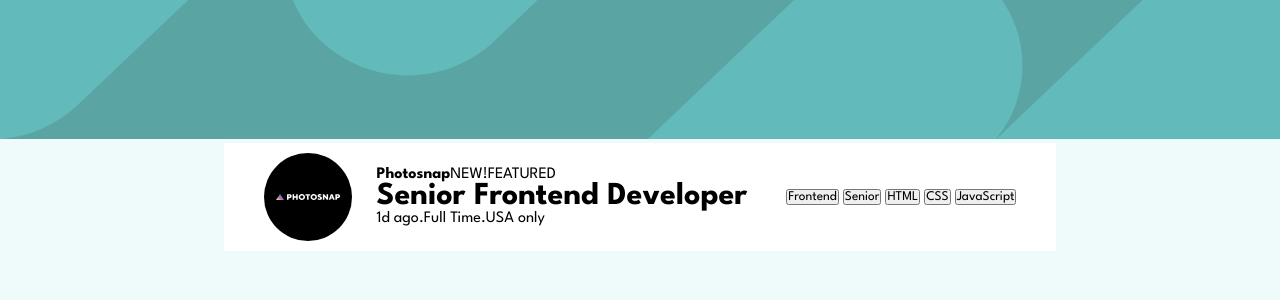
Repository: Eldream12/JobListing
Page: index.html
The author's editor kept a copy of each file at every save. The page is drawn from the files as they stood at one save, then again after the next save.
The browser window is 1280 px wide. The pictures show the whole page.

Above is the page before, as saved 2025-03-31 11:16:28.

### index.html
<!DOCTYPE html>
<html lang="en">
	<head>
		<meta charset="UTF-8" />
		<meta name="viewport" content="width=device-width, initial-scale=1.0" />
		<title>Job Listing</title>
		<link rel="stylesheet" href="style/style.css" />
	</head>

	<body>
		<header>
			<div>
				<img src="Images/bg-header-desktop.svg" alt="NavHeader" />
			</div>
		</header>

		<main>
			<div class="content-carrier">
				<div class="content">
					<div class="ctn">
						<img src="Images/photosnap.svg" alt="photosnap" />
						<div class="content-text">
							<div class="txt-1">
								<h4>Photosnap</h4>
								<p>NEW!</p>
								<p>FEATURED</p>
							</div>
							<div class="txt-2">
								<h1>Senior Frontend Developer</h1>
							</div>
							<div class="txt-3">
								<p>1d ago</p>
								<p>.</p>
								<p>Full Time</p>
								<p>.</p>
								<p>USA only</p>
							</div>
						</div>
					</div>

					<div class="btn">
						<button>Frontend</button>
						<button>Senior</button>
						<button>HTML</button>
						<button>CSS</button>
						<button>JavaScript</button>
					</div>
				</div>
			</div>
		</main>
		<footer></footer>
	</body>
</html>

### style/style.css
@import url("https://fonts.googleapis.com/css2?family=League+Spartan:wght@100..900&display=swap");

* {
	font-family: League Spartan;
	margin: 0;
	padding: 0;
	box-sizing: border-box;
}

html body {
	background-color: hsl(180, 52%, 96%);
}

header img {
	width: 100%;
	background-color: hsl(180, 29%, 50%);
}

.content-carrier .content {
	display: flex;
	background-color: #ffffff;
	align-items: center;
	justify-content: space-around;
	max-width: 65%;
	margin: auto;
  padding: 10px 20px 10px 20px;
}

.content-carrier .content .txt-1 {
	display: flex;
}

.content-carrier .content .txt-3 {
	display: flex;
}

.content-carrier .content .ctn {
	display: flex;
	align-items: center;
}

.content .ctn img {
  margin-right: 25px;
}

After the next save:
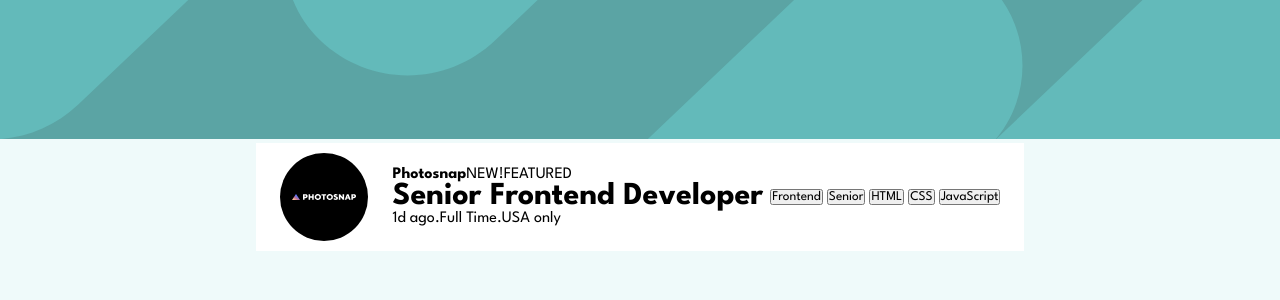
Saved 9 s later.
--- a/style/style.css
+++ b/style/style.css
@@ -21,7 +21,7 @@ header img {
 	background-color: #ffffff;
 	align-items: center;
 	justify-content: space-around;
-	max-width: 65%;
+	max-width: 60%;
 	margin: auto;
   padding: 10px 20px 10px 20px;
 }
